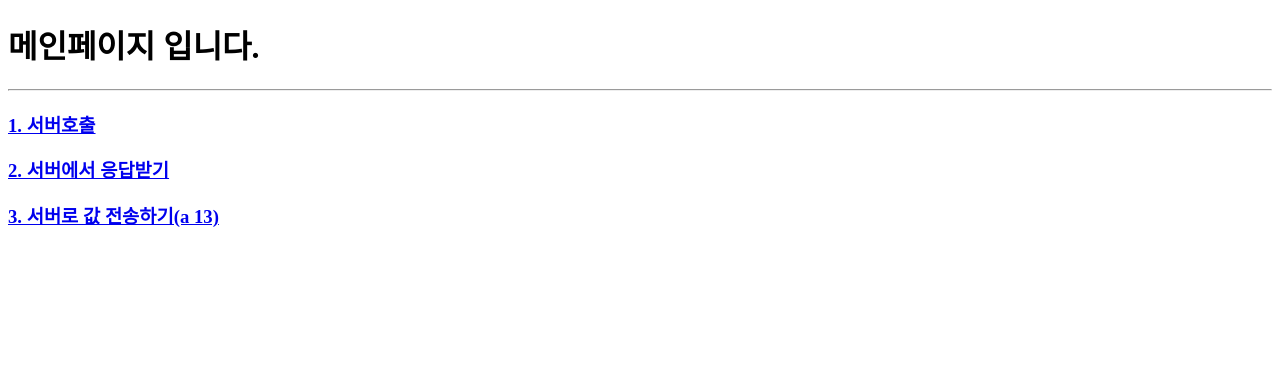
Repository: ParkHyeonju12/servlet
Page: web-workspace/02_noDbProject/src/main/webapp/index.html
These files come from the project's save history. The page is drawn as it stood at one moment and after the next save; the edit follows.
The browser window is 1280 px wide. The pictures show the whole page.

Above is the page before, as saved 2022-08-29 07:04:12.

After the next save:
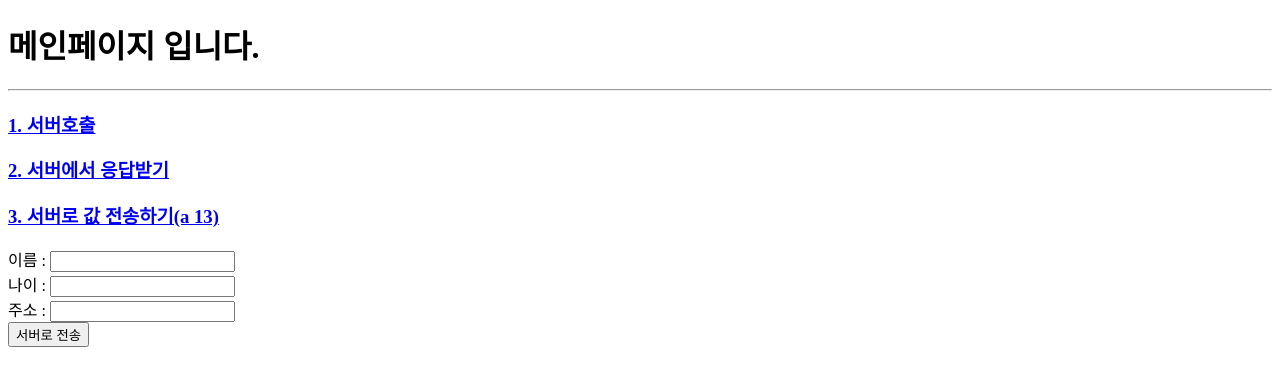
Saved 2 min 26 s later.
--- a/web-workspace/02_noDbProject/src/main/webapp/index.html
+++ b/web-workspace/02_noDbProject/src/main/webapp/index.html
@@ -9,6 +9,12 @@
 	<hr>
 	<h3><a href="/requestServer.do">1. 서버호출</a></h3>
 	<h3><a href="/responseTest.do">2. 서버에서 응답받기</a></h3>
-		<h3><a href="sendData1.do?name=현주&test=abc">3. 서버로 값 전송하기(a 13)</a></h3>
+	<h3><a href="sendData1.do?name=현주&test=abc">3. 서버로 값 전송하기(a 13)</a></h3>
+	<form action="/sendData2.do" method="get">
+		이름 : <input type="text" name="name"><br>
+		나이 : <input type="text" name="age"><br>
+		주소 : <input type="text" name="addr"><br>
+		<input type="submit" value = "서버로 전송">
+	</form>
 </body>
 </html>
